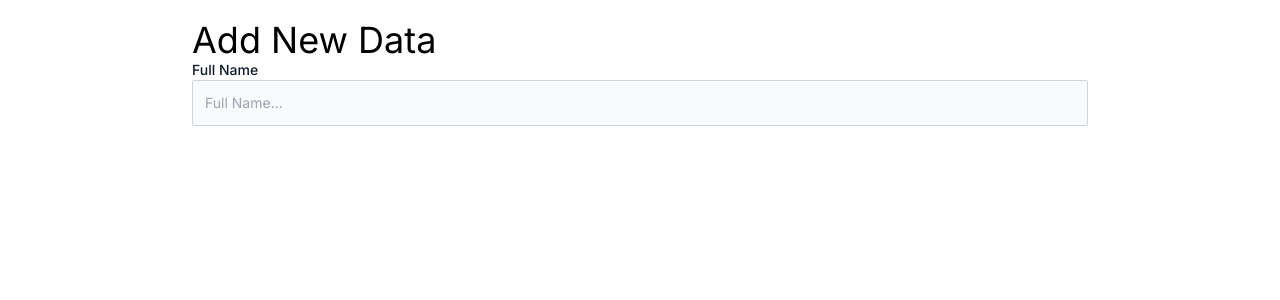
Repository: KilluaProject/crud-nextjs14
Page: /contacts/create
An editor plug-in stored every save of this project. The page is shown before and after the next save, followed by the edit.
The browser window is 1280 px wide. The pictures show the whole page.
The project was rebuilt for these pictures with package versions that can differ from the ones it lists, and the page was loaded fresh each time. The framework's server and built-in components were replaced by stand-ins that run in the browser. Also part of the build but not shown: next.config.mjs.

Above is the page before, as saved 2024-06-30 14:07:47.

After the next save:
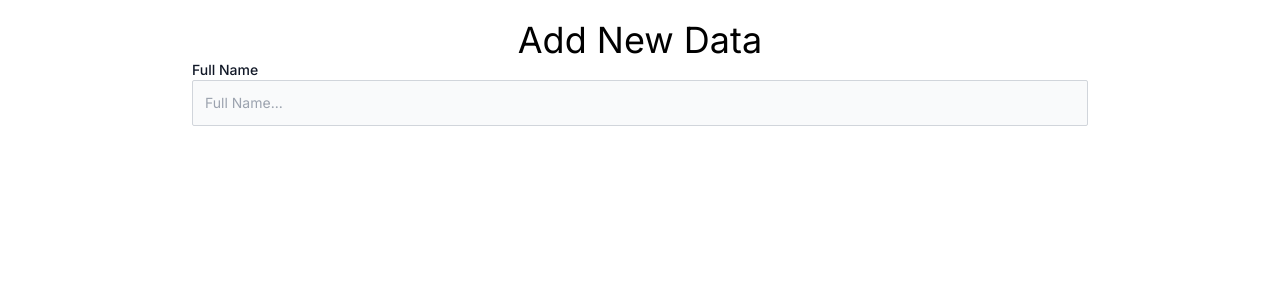
Saved 4 s later.
--- a/app/contacts/create/page.tsx
+++ b/app/contacts/create/page.tsx
@@ -4,7 +4,7 @@ import React from 'react'
 const CreateContact = () => {
   return (
     <div className=' max-w-4xl mx-auto mt-5'>
-      <h1 className='text-4xl'>
+      <h1 className='text-4xl text-center'>
         Add New Data
       </h1>
         <CreateForm/>
